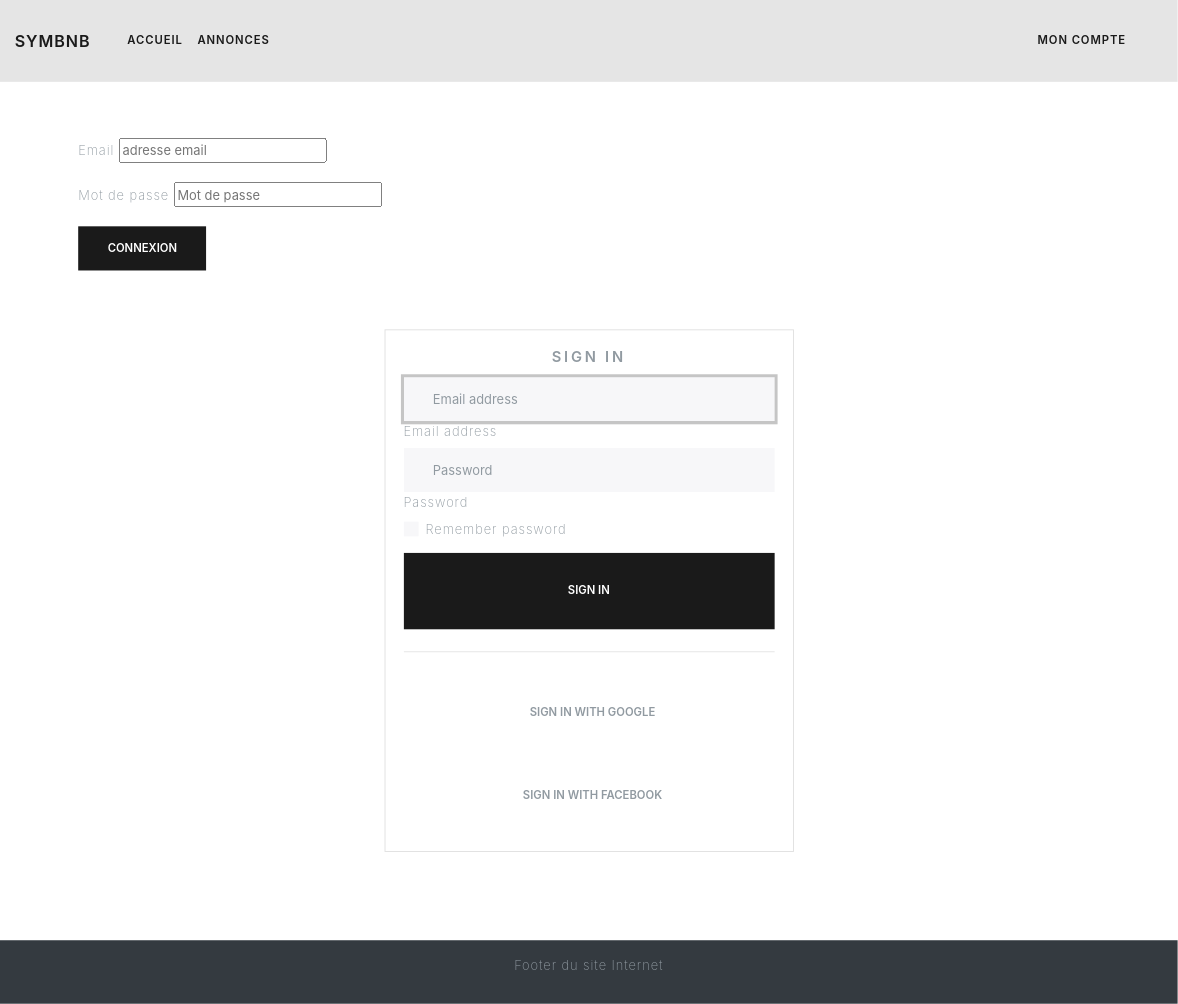
Repository: buzzEclair/symbnb
Page: templates/account/login.html.twig
These files come from the project's save history. The page is drawn as it stood at one moment and after the next save; the edit follows.
The browser window is 1280 px wide. The pictures show the whole page, at 92% of full size.
Some web fonts or font styles are not loaded; a fallback is used. The page is a Twig template of a Symfony application; nobody is signed in and links lead nowhere. The template is opened directly, without the code that normally fills it, so the values that code supplies are empty.

Above is the page before, as saved 2019-03-03 17:01:07.

After the next save:
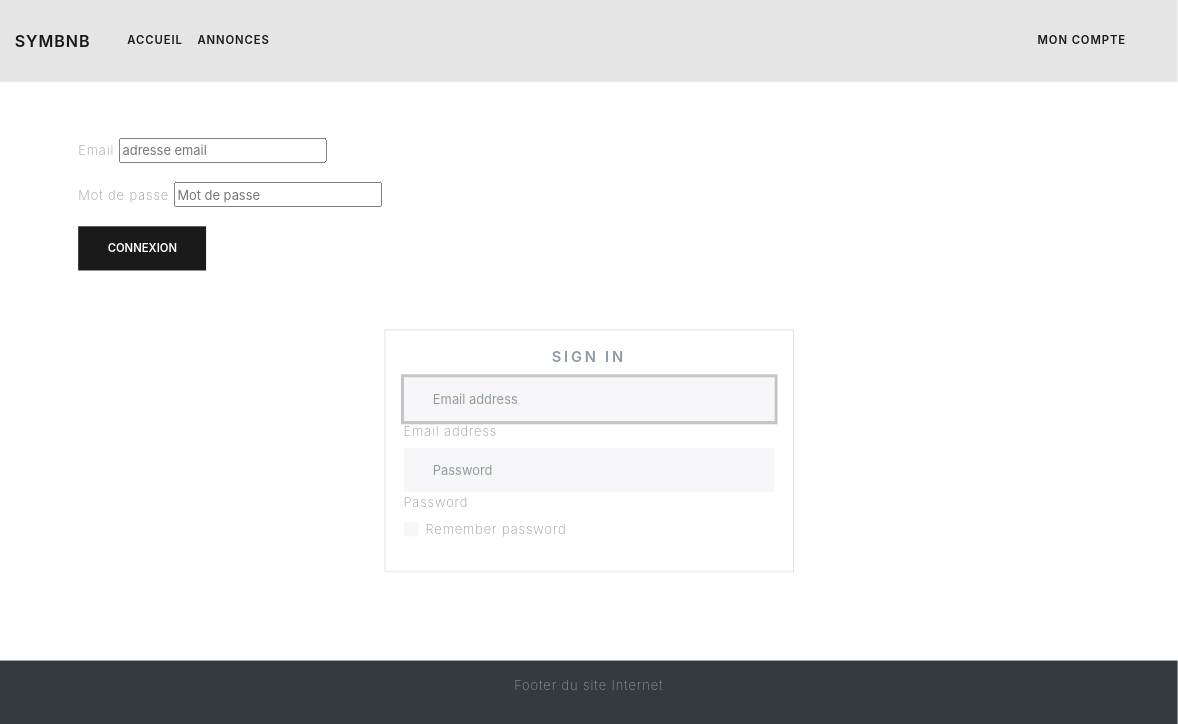
Saved 16 s later.
--- a/templates/account/login.html.twig
+++ b/templates/account/login.html.twig
@@ -37,10 +37,7 @@
                 <input type="checkbox" class="custom-control-input" id="customCheck1">
                 <label class="custom-control-label" for="customCheck1">Remember password</label>
             </div>
-            <button class="btn btn-lg btn-primary btn-block text-uppercase" type="submit">Sign in</button>
-            <hr class="my-4">
-            <button class="btn btn-lg btn-google btn-block text-uppercase" type="submit"><i class="fab fa-google mr-2"></i> Sign in with Google</button>
-            <button class="btn btn-lg btn-facebook btn-block text-uppercase" type="submit"><i class="fab fa-facebook-f mr-2"></i> Sign in with Facebook</button>
+
             </form>
         </div>
         </div>
